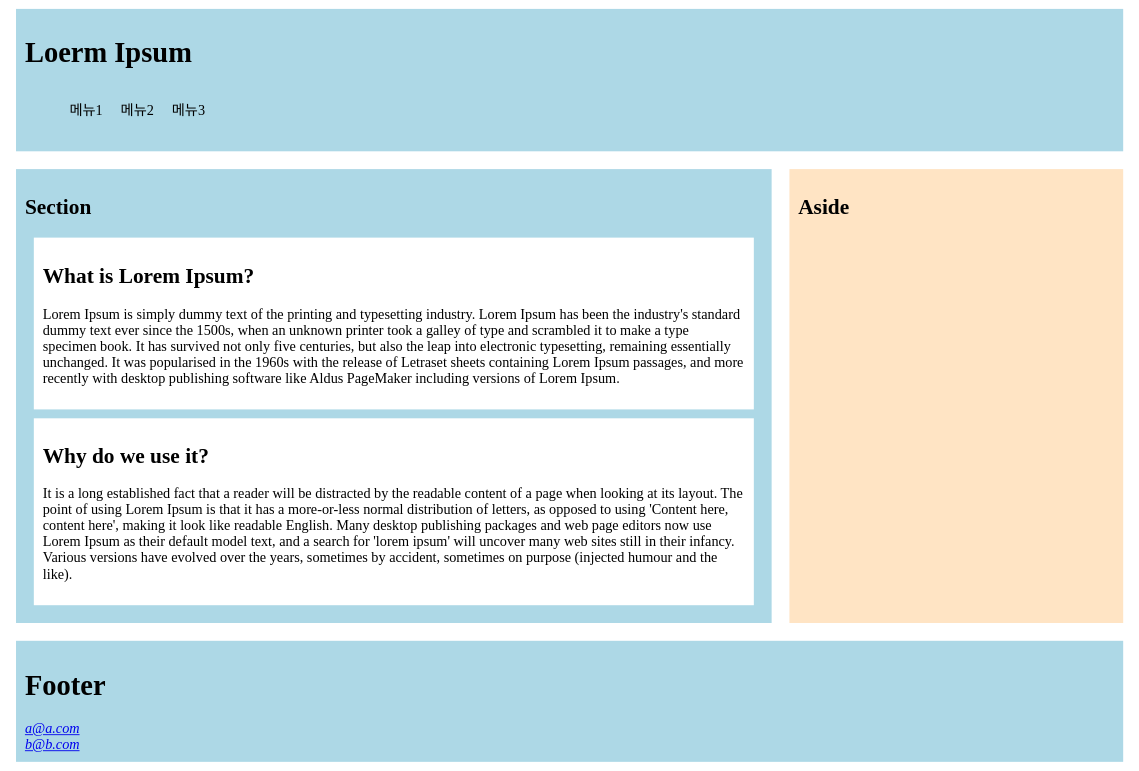
Repository: sangah-park98/jsp-class
Page: k20230503_1_html/src/main/webapp/07_content.html
These files come from the project's save history. The page is drawn as it stood at one moment and after the next save; the edit follows.
The browser window is 1280 px wide. The pictures show the whole page, at 89% of full size.

Above is the page before, as saved 2023-05-03 03:06:51.

### k20230503_1_html/src/main/webapp/07_content.html
<!DOCTYPE html>
<html>
<head>
<meta charset="UTF-8">
<title>Insert title here</title>
<link rel="stylesheet" href="07_content.css">
</head>
<body>
<!--
	<header> => 문서의 헤더(로고, 제목, 검색창 등을 포함)
	<footer> => 문서의 풋터(저작권, 작성자, 관련 문서 등을 포함)
	<main> => 문서의 주요 콘텐츠를 설정, 한 문서에 하나의 <main>만 포함시킨다. IE 지원 불가
	<article> => 독립적으로 구분되거나 재사용 가능한 영역을 설정한다.
	<section> => 문서의 일반적인 영역을 설정한다.
	<aside> => 문서의 별도 콘텐츠를 설정한다.(광고나 링크 등의 사이드 바)
	<nav> => 다른 페이지로 링크를 제공하는 영역을 설정한다.(네비게이션 바, 메뉴, 목차, 색인 등)

-->

<header>
	<h1>Loerm Ipsum</h1>
	<nav>
		<ul>
			<li>메뉴1</li>
			<li>메뉴2</li>
			<li>메뉴3</li>
		</ul>
	</nav>
</header>

<main>
	<section> <!-- 큰 덩어리 -->
		<h1>Section</h1>
		<article>
		<h2>What is Lorem Ipsum?</h2>
<p>Lorem Ipsum is simply dummy text of the printing and typesetting industry. Lorem Ipsum has been the industry's standard dummy text ever since the 1500s, when an unknown printer took a galley of type and scrambled it to make a type specimen book. It has survived not only five centuries, but also the leap into electronic typesetting, remaining essentially unchanged. It was popularised in the 1960s with the release of Letraset sheets containing Lorem Ipsum passages, and more recently with desktop publishing software like Aldus PageMaker including versions of Lorem Ipsum.</p>
		</article>
		<article>
		<h2>Why do we use it?</h2>
<p>It is a long established fact that a reader will be distracted by the readable content of a page when looking at its layout. The point of using Lorem Ipsum is that it has a more-or-less normal distribution of letters, as opposed to using 'Content here, content here', making it look like readable English. Many desktop publishing packages and web page editors now use Lorem Ipsum as their default model text, and a search for 'lorem ipsum' will uncover many web sites still in their infancy. Various versions have evolved over the years, sometimes by accident, sometimes on purpose (injected humour and the like).</p>

		</article>
	</section>
	<aside>
		<h1>Aside</h1>
	</aside>


</main>

<footer>
	<h1>Footer</h1>
	<address> <!-- 이탤릭체로 바꾸어줌 -->
		<a href="mailto:a@a.com">a@a.com</a>
		<a href="mailto:b@b.com">b@b.com</a>
	</address>
</footer>
</body>
</html>

### k20230503_1_html/src/main/webapp/07_content.css
header {
	background-color: lightblue;
	margin: 10px; /* footer와의 간격 */
	padding: 10px;
}

ul {
	display: flex;
}

li {
	margin: 10px;
	list-style: none; /* 검은 동그라미 없앨 때 */
}

footer {
	background-color: lightblue;
	margin: 10px;
	padding: 10px;
}

a {
	display: block;
}

main {
	display: flex;
}

section {
	background-color: lightblue;
	margin: 10px;
	padding: 10px;
	width: 70%;
}

article {
	background-color: white;
	margin: 10px;
	padding: 10px;

}

aside {
	background-color: Bisque;
	margin: 10px;
	padding: 10px;
	width: 30%;
}

After the next save:
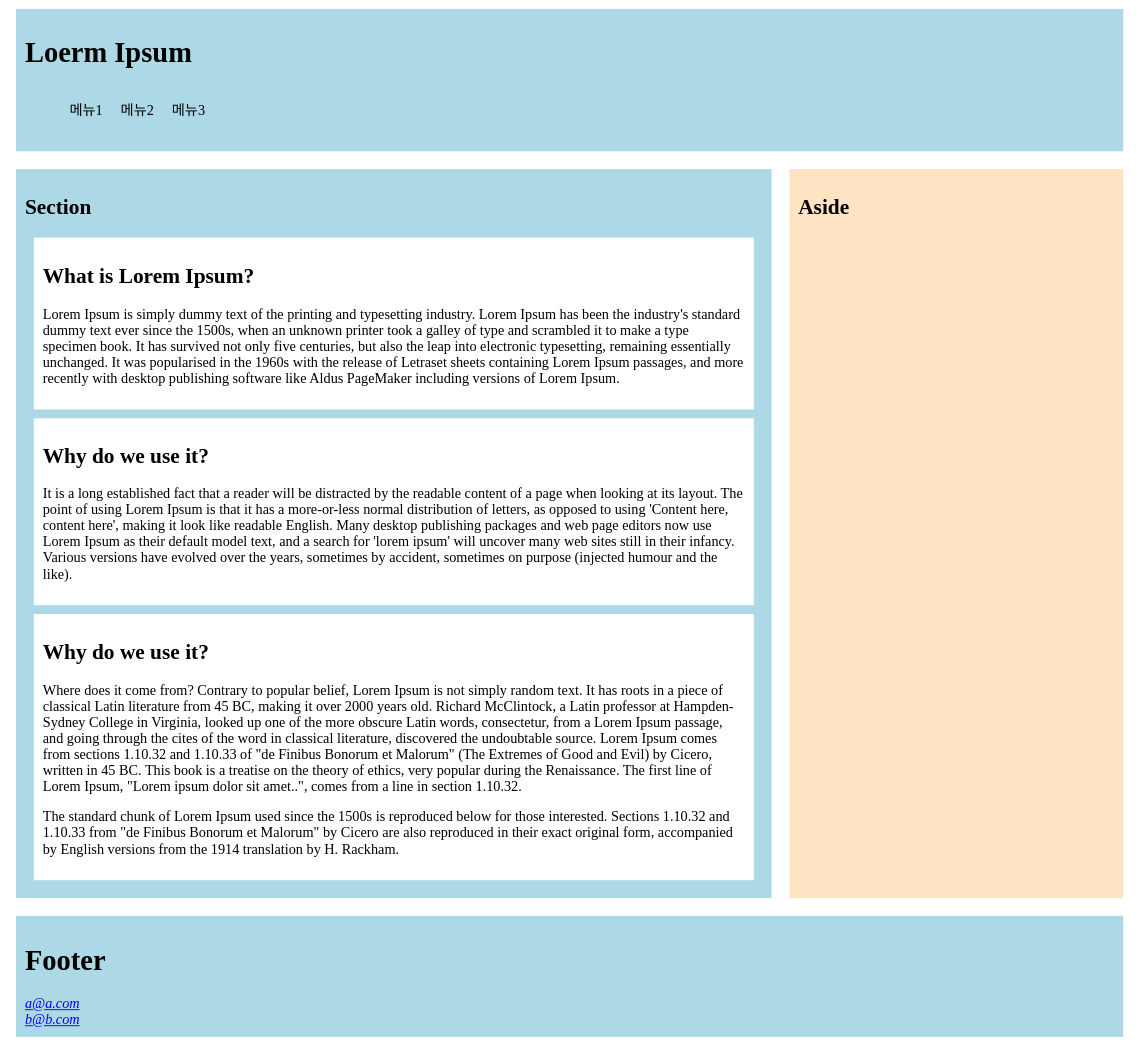
Saved 47 s later.
--- a/k20230503_1_html/src/main/webapp/07_content.html
+++ b/k20230503_1_html/src/main/webapp/07_content.html
@@ -38,7 +38,13 @@
 		<article>
 		<h2>Why do we use it?</h2>
 <p>It is a long established fact that a reader will be distracted by the readable content of a page when looking at its layout. The point of using Lorem Ipsum is that it has a more-or-less normal distribution of letters, as opposed to using 'Content here, content here', making it look like readable English. Many desktop publishing packages and web page editors now use Lorem Ipsum as their default model text, and a search for 'lorem ipsum' will uncover many web sites still in their infancy. Various versions have evolved over the years, sometimes by accident, sometimes on purpose (injected humour and the like).</p>
+		</article>
+		<article>
+		<h2>Why do we use it?</h2>
+Where does it come from?
+Contrary to popular belief, Lorem Ipsum is not simply random text. It has roots in a piece of classical Latin literature from 45 BC, making it over 2000 years old. Richard McClintock, a Latin professor at Hampden-Sydney College in Virginia, looked up one of the more obscure Latin words, consectetur, from a Lorem Ipsum passage, and going through the cites of the word in classical literature, discovered the undoubtable source. Lorem Ipsum comes from sections 1.10.32 and 1.10.33 of "de Finibus Bonorum et Malorum" (The Extremes of Good and Evil) by Cicero, written in 45 BC. This book is a treatise on the theory of ethics, very popular during the Renaissance. The first line of Lorem Ipsum, "Lorem ipsum dolor sit amet..", comes from a line in section 1.10.32.
 
+<p>The standard chunk of Lorem Ipsum used since the 1500s is reproduced below for those interested. Sections 1.10.32 and 1.10.33 from "de Finibus Bonorum et Malorum" by Cicero are also reproduced in their exact original form, accompanied by English versions from the 1914 translation by H. Rackham.</p>
 		</article>
 	</section>
 	<aside>
